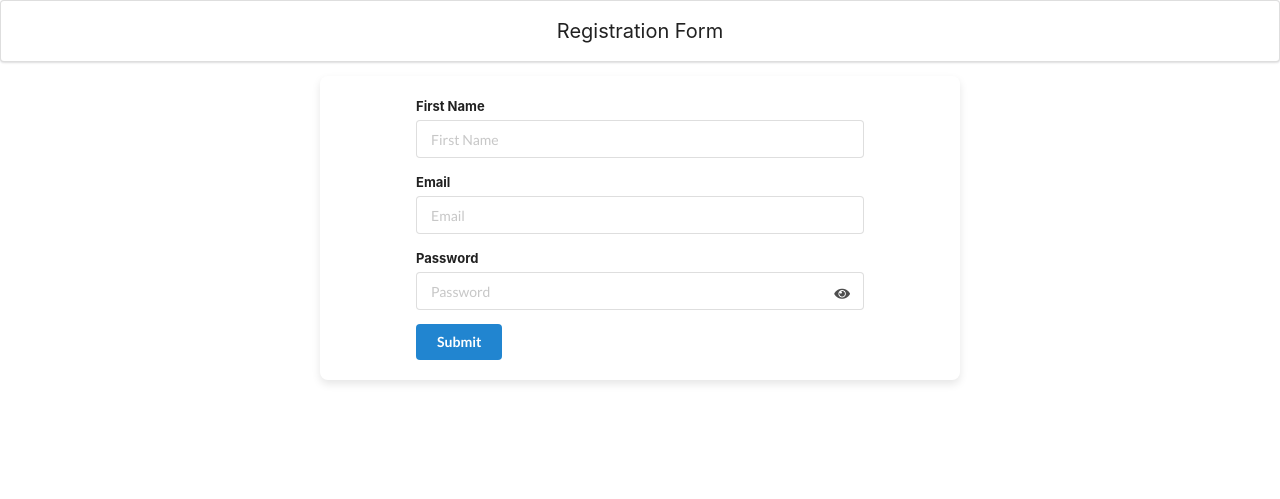
Repository: Wahid137/registration-form
Page: /
These files come from the project's save history. The page is drawn as it stood at one moment and after a run of saves; the edit follows.
The browser window is 1280 px wide. The pictures show the whole page.
The project was rebuilt for these pictures with package versions that can differ from the ones it lists, and the page was loaded fresh each time.

Above is the page before, as saved 2024-05-02 11:04:02.

### public/index.html
<!DOCTYPE html>
<html lang="en">
  <head>
    <meta charset="utf-8" />
    <link rel="icon" href="%PUBLIC_URL%/favicon.ico" />
    <meta name="viewport" content="width=device-width, initial-scale=1" />
    <meta name="theme-color" content="#000000" />
    <meta
      name="description"
      content="Web site created using create-react-app"
    />
    <link rel="apple-touch-icon" href="%PUBLIC_URL%/logo192.png" />
    <!--
      manifest.json provides metadata used when your web app is installed on a
      user's mobile device or desktop. See https://developers.google.com/web/fundamentals/web-app-manifest/
    -->
    <link rel="manifest" href="%PUBLIC_URL%/manifest.json" />
    <!--
      Notice the use of %PUBLIC_URL% in the tags above.
      It will be replaced with the URL of the `public` folder during the build.
      Only files inside the `public` folder can be referenced from the HTML.

      Unlike "/favicon.ico" or "favicon.ico", "%PUBLIC_URL%/favicon.ico" will
      work correctly both with client-side routing and a non-root public URL.
      Learn how to configure a non-root public URL by running `npm run build`.
    -->
    <title>Registration From</title>
  </head>
  <body>
    <noscript>You need to enable JavaScript to run this app.</noscript>
    <div id="root"></div>
    <!--
      This HTML file is a template.
      If you open it directly in the browser, you will see an empty page.

      You can add webfonts, meta tags, or analytics to this file.
      The build step will place the bundled scripts into the <body> tag.

      To begin the development, run `npm start` or `yarn start`.
      To create a production bundle, use `npm run build` or `yarn build`.
    -->
  </body>
</html>

### src/index.js
import React from 'react';
import ReactDOM from 'react-dom/client';
import 'semantic-ui-css/semantic.min.css';
import App from './App';
import './index.css';
import reportWebVitals from './reportWebVitals';

const root = ReactDOM.createRoot(document.getElementById('root'));
root.render(
  <React.StrictMode>
    <App />
  </React.StrictMode>
);

// If you want to start measuring performance in your app, pass a function
// to log results (for example: reportWebVitals(console.log))
// or send to an analytics endpoint. Learn more: https://bit.ly/CRA-vitals
reportWebVitals();

### src/App.js
import { Segment } from 'semantic-ui-react';
import './App.css';
import Register from './components/Register';

function App() {
  return (
    <div className="App">
      <Segment textAlign='center' size={"huge"}>Registration Form</Segment>
      <Register />
    </div>
  );
}

export default App;

### src/App.css
.register-container {
  padding-top: 20px;
  padding-bottom: 20px;
  display: flex;
  width: 50%;
  justify-content: center;
  box-shadow: 0 4px 8px rgba(0, 0, 0, 0.1);
  border-radius: 8px;
}
.form-field {
  margin-bottom: 1rem;
}

.gender-field {
  display: flex;
  flex-direction: row;
}

.gender-option {
  display: flex;
  margin-right: 1rem;
  align-items: center;
  justify-content: center;
}

.gender-option input {
  margin-right: 0.5rem;
}

### src/components/Register.js
import { joiResolver } from "@hookform/resolvers/joi";
import Joi from "joi";
import React, { useState } from "react";
import { useForm } from "react-hook-form";
import { Button, Container, Form, FormField, Icon } from "semantic-ui-react";

/* //schema
const schema = Joi.object({
    firstName: Joi.string().min(2).max(20).pattern(nameRegex).required().messages({
        "string.base": "First name must be a string",
        "string.empty": "Please enter your first name",
        "string.min": "First name must have at least {#limit} characters",
        "string.max": "First name cannot exceed {#limit} characters",
        "string.pattern.base": "First name must contain only alphabets and spaces",
        "any.required": "First name is required",
    }),
    lastName: Joi.string().min(2).max(20).pattern(nameRegex).required().messages({
        "string.base": "Last name must be a string",
        "string.empty": "Please enter your last name",
        "string.min": "Last name must have at least {#limit} characters",
        "string.max": "Last name cannot exceed {#limit} characters",
        "string.pattern.base": "Last name must contain only alphabets and spaces",
        "any.required": "Last name is required",
    }),
    gender: Joi.string().valid('male', 'female', 'other').required().messages({
        "any.required": "Gender is required",
        "any.only": "Please select a valid gender",
    }),
    birthDate: Joi.date()
        .max(minBirthDate)
        .required()
        .messages({
            "date.base": "Please enter a valid date",
            "date.max": "You must be at least 18 years old",
            "any.required": "Birth date is required",
        }),
    phoneNumber: Joi.string().pattern(phoneRegex).required().messages({
        "string.base": "Phone number must be a string",
        "string.empty": "Please enter your phone number",
        "string.pattern.base": "Phone number must be exactly 10 digits",
        "any.required": "Phone number is required",
    }),
    email: Joi.string().email({ tlds: { allow: false } }).required().messages({
        "string.base": "Email must be a string",
        "string.empty": "Please enter your email",
        "string.email": "Please enter a valid email address",
        "any.required": "Email is required",
    }),
    password: Joi.string().pattern(passwordRegex).required().messages({
        "string.base": "Password must be a string",
        "string.empty": "Please enter your password",
        "string.pattern.base": "Password must be 3 to 30 characters long and contain at least one lowercase letter, one uppercase letter, and one digit",
        "any.required": "Password is required",
    }),
    confirmPassword: Joi.string().valid().required().messages({
        "any.required": "Confirm password is required",
        "any.only": "Passwords do not match",
    }),
    country: Joi.string().required().messages({
        "any.required": "Please select a country",
        "string.empty": "Please select a country",
    }),
}); */

const schema = Joi.object({
    firstName: Joi.string().min(2).max(20).required().label("First Name"),
    LastName: Joi.string().min(2).max(20).required().label("Last Name"),
    email: Joi.string()
        .email({ minDomainSegments: 2, tlds: { allow: ['com', 'net'] } }).required().label("Email"),
    password: Joi.string().min(8).max(1000).required().label("Password"),
});

const Register = () => {
    const [showPassword, setShowPassword] = useState(false);
    const [showConfirmPassword, setShowConfirmPassword] = useState(false);
    const togglePasswordVisibility = () => setShowPassword(!showPassword);
    const toggleConfirmPasswordVisibility = () => setShowConfirmPassword(!showConfirmPassword);

    //useForm
    const { register, handleSubmit, reset, formState: { errors } } = useForm({ resolver: joiResolver(schema) });



    //submit handler
    const onSubmit = (data) => {
        console.log(data);
        reset();
        alert("Registration Successfully done!")
    };

    return (
        <Container
            style={{
                paddingTop: "20px",
                paddingBottom: "20px",
                display: "flex",
                width: "50%",
                justifyContent: "center",
                boxShadow: "0 4px 8px rgba(0,0,0,0.1)",
                borderRadius: "8px",
            }}
        >

            <Form style={{ width: "70%" }} onSubmit={handleSubmit(onSubmit)}>
                <div className="form-field">
                    <FormField>
                        <label>First Name</label>
                        <input
                            placeholder="First Name"
                            {...register("firstName")}

                        />
                        {errors.firstName && (
                            <div className="ui pointing red basic label">
                                {errors.firstName.message}
                            </div>
                        )}
                    </FormField>
                </div>



                <div className="form-field">
                    <FormField>
                        <label>Email</label>
                        <input
                            placeholder="Email"
                            {...register("email")}

                        />
                        {errors.email && (
                            <div className="ui pointing red basic label">
                                {errors.email.message}
                            </div>
                        )}
                    </FormField>
                </div>
                <div className="form-field">
                    <FormField>
                        <label>Password</label>
                        <div className="ui input">
                            <input
                                type={showPassword ? "text" : "password"}
                                placeholder="Password"
                                {...register("password")}

                            />
                            <Icon
                                name={showPassword ? "eye slash" : "eye"}
                                link
                                onClick={togglePasswordVisibility}
                                style={{ cursor: "pointer", position: "absolute", right: "10px", top: "50%", transform: "translateY(-50%)" }}
                            />
                        </div>
                        {errors.password && (
                            <div className="ui pointing red basic label">
                                {errors.password.message}
                            </div>
                        )}
                    </FormField>
                </div>
                <Button type="submit" color="blue">
                    Submit
                </Button>
            </Form>
        </Container>
    );
};

export default Register;


{/*
                <div className="form-field">
                    <FormField error={formErrors.birthDate !== undefined}>
                        <label>Birth Date</label>
                        <input
                            type="date"
                            name="birthDate"
                            {...register("birthDate")}
                            className={formErrors.birthDate ? "error" : ""}
                        />
                        {formErrors.birthDate && (
                            <div className="ui pointing red basic label">
                                {formErrors.birthDate}
                            </div>
                        )}
                    </FormField>
                </div>
                <div className="form-field">
                    <FormField error={formErrors.phoneNumber !== undefined}>
                        <label>Phone Number</label>
                        <input
                            placeholder="Phone Number"
                            {...register("phoneNumber")}
                            className={formErrors.phoneNumber ? "error" : ""}
                        />
                        {formErrors.phoneNumber && (
                            <div className="ui pointing red basic label">
                                {formErrors.phoneNumber}
                            </div>
                        )}
                    </FormField>
                </div>

                <div className="form-field">
                    <FormField>
                        <label>Gender</label>
                        <div className="gender-field">
                            <div className="gender-option">
                                <input type="radio" id="male" {...register("gender")} value="male" />
                                <label htmlFor="male">Male</label>
                            </div>
                            <div className="gender-option">
                                <input type="radio" id="female" {...register("gender")} value="female" />
                                <label htmlFor="female">Female</label>
                            </div>
                            <div className="gender-option">
                                <input type="radio" id="other" {...register("gender")} value="other" />
                                <label htmlFor="other">Other</label>
                            </div>
                        </div>
                        {formErrors.gender && (
                            <div className="ui pointing red basic label">
                                {formErrors.gender}
                            </div>
                        )}
                    </FormField>
                </div>
                <div className="form-field">
                    <FormField error={formErrors.country !== undefined}>
                        <label>Country</label>
                        <select {...register("country")} className={formErrors.country ? "error" : "ui search dropdown"}>
                            <option value="">Select your country</option>
                            {
                                countryOptions?.map((country) => <option key={country?.key} value={country?.value}>{country?.text}</option>)
                            }
                        </select>
                        {formErrors.country && (
                            <div className="ui pointing red basic label">
                                {formErrors.country}
                            </div>
                        )}
                    </FormField>
                </div>

                <div className="form-field">
                    <FormField error={formErrors.confirmPassword !== undefined}>
                        <label>Confirm Password</label>
                        <div className="ui input">
                            <input
                                type={showConfirmPassword ? "text" : "password"}
                                placeholder="Confirm Password"
                                {...register("confirmPassword")}
                                className={formErrors.confirmPassword ? "error" : ""}
                            />
                            <Icon
                                name={showConfirmPassword ? "eye slash" : "eye"}
                                link
                                onClick={toggleConfirmPasswordVisibility}
                                style={{ cursor: "pointer", position: "absolute", right: "10px", top: "50%", transform: "translateY(-50%)" }}
                            />
                        </div>
                        {formErrors.confirmPassword && (
                            <div className="ui pointing red basic label">
                                {formErrors.confirmPassword}
                            </div>
                        )}
                    </FormField>
                </div> */}

Loaded but not shown: src/index.css (common file); src/reportWebVitals.js (common file)

After the next 2 saves:
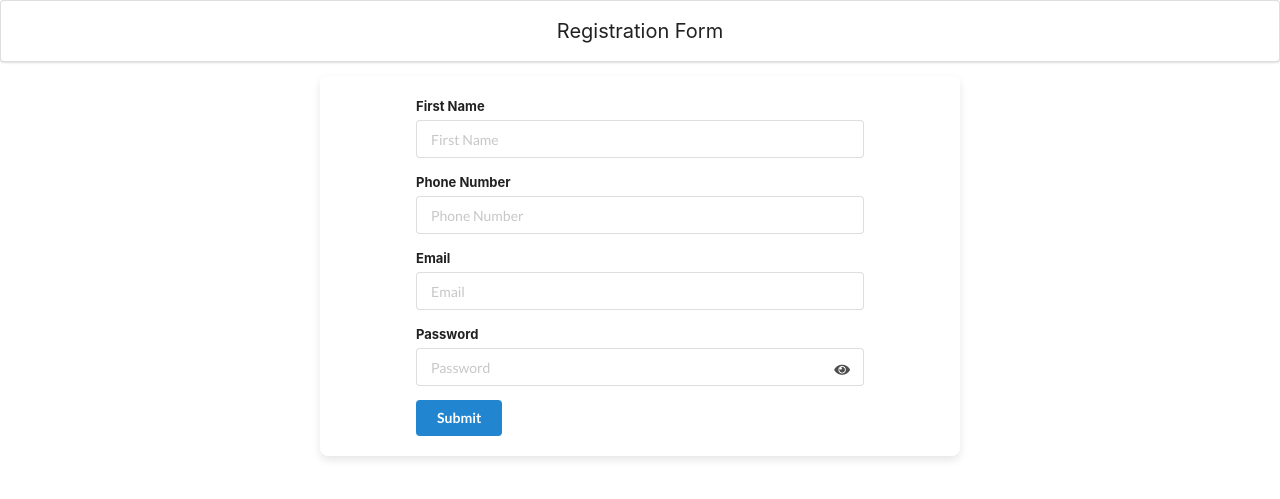
The 2 saves are shown as one change because 1 did not build or start.
The last was saved 69 s later.
--- a/src/components/Register.js
+++ b/src/components/Register.js
@@ -118,7 +118,21 @@ const Register = () => {
                     </FormField>
                 </div>
 
-
+                <div className="form-field">
+                    <FormField>
+                        <label>Phone Number</label>
+                        <input
+                            placeholder="Phone Number"
+                            {...register("phoneNumber")}
+
+                        />
+                        {errors.phoneNumber && (
+                            <div className="ui pointing red basic label">
+                                {formErrors.phoneNumber}
+                            </div>
+                        )}
+                    </FormField>
+                </div>
 
                 <div className="form-field">
                     <FormField>
@@ -187,21 +201,7 @@ export default Register;
                         )}
                     </FormField>
                 </div>
-                <div className="form-field">
-                    <FormField error={formErrors.phoneNumber !== undefined}>
-                        <label>Phone Number</label>
-                        <input
-                            placeholder="Phone Number"
-                            {...register("phoneNumber")}
-                            className={formErrors.phoneNumber ? "error" : ""}
-                        />
-                        {formErrors.phoneNumber && (
-                            <div className="ui pointing red basic label">
-                                {formErrors.phoneNumber}
-                            </div>
-                        )}
-                    </FormField>
-                </div>
+
 
                 <div className="form-field">
                     <FormField>
